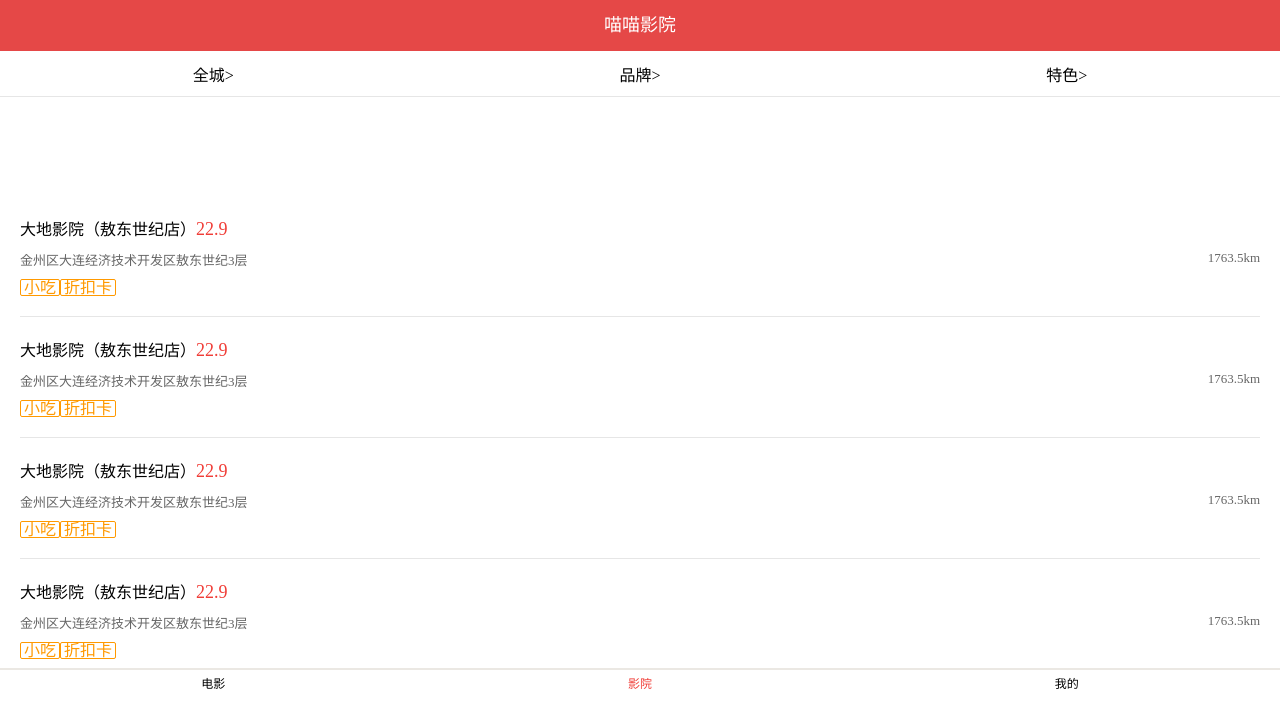
Repository: X-J-0/miaomiao_film
Page: /cinema (app in miaomiao/)
These files come from the project's save history. The page is drawn as it stood at one moment and after the next save; the edit follows.
The browser window is 1280 px wide. The pictures show the whole page.
The project was rebuilt for these pictures with package versions that can differ from the ones it lists, and the page was loaded fresh each time. Also part of the build but not shown: miaomiao/src/components/Allocate/index.vue. Imported but missing from the stored project, and not drawn on this page: miaomiao/src/components/Brand, miaomiao/src/components/Special.

Above is the page before, as saved 2020-03-24 20:00:27.

### miaomiao/public/index.html
<!DOCTYPE html>
<html lang="en">
  <head>
    <meta charset="utf-8">
    <meta http-equiv="X-UA-Compatible" content="IE=edge">
    <meta name="viewport" content="width=device-width,initial-scale=1.0,user-scalable=no">
    <link rel="icon" href="<%= BASE_URL %>favicon.ico">
    <link rel="stylesheet" href="<%= BASE_URL %>css/common.css">
    <!-- <link rel="stylesheet" href="<%= BASE_URL %>css/common.css"> -->
    <title><%= htmlWebpackPlugin.options.title %></title>
  </head>
  <body>
    <noscript>
      <strong>We're sorry but <%= htmlWebpackPlugin.options.title %> doesn't work properly without JavaScript enabled. Please enable it to continue.</strong>
    </noscript>
    <div id="app"></div>
    <!-- built files will be auto injected -->
  </body>
</html>

### miaomiao/src/App.vue
<template>
    <keep-alive>
        <router-view/>
    </keep-alive>
</template>

<style lang="scss">
</style>

### miaomiao/src/router/index.js
import Vue from 'vue'
import VueRouter from 'vue-router'
import movieRouter from './movie'
import mineRouter from './mine'
import cinemaRouter from './cinema'

Vue.use(VueRouter)


const router = new VueRouter({
  mode: 'history',
  base: process.env.BASE_URL,
  routes: [
    movieRouter,
    mineRouter,
    cinemaRouter,
    {
      path:'/*',
      redirect:'/movie'
    }
  ]
})

export default router

### miaomiao/src/router/movie/index.js
export default {
    path:'/movie',
    component : () => import('@/views/Movie'),
    children:[
        {
            path:'city',
            component:()=>import('@/components/City')
        },
        {
            path:'nowPlaying',
            component:()=>import('@/components/NowPlaying')
        },
        {
            path:'comingSoon',
            component:()=>import('@/components/ComingSoon')
        },
        {
            path:'search',
            component:()=>import('@/components/Search')
        },
        {
            path:'/movie',
            redirect:'/movie/nowPlaying'
        }
    ]
}

### miaomiao/src/router/mine/index.js
export default {
    path:'/mine',
    component : () => import('@/views/Mine'),
    children:[
        {
            path:'center',
            component:()=>import('@/views/Mine/center.vue')
        },
        {
            path:'login',
            component:()=>import('@/components/Login')
        },
        {
            path:'register',
            component:()=>import('@/components/Register')
        },
        {
            path:'findPassword',
            component:()=>import('@/components/FindPassword')
        },
        {
            path:'/mine',
            redirect:'center'
        }
    ]
}

### miaomiao/src/router/cinema/index.js
export default {
    path:'/cinema',
    component : () => import('@/views/Cinema'),
    children:[
        {
            path:'allocate',
            component:()=>import('@/components/Allocate')
        },
        {
            path:'brand',
            component:()=>import('@/components/Brand')
        },
        {
            path:'special',
            component:()=>import('@/components/Special')
        },
        {
            path:'/cinema',
            redirect:'/cinema/allocate'
        }
    ]
}

### miaomiao/src/views/Cinema/index.vue
<template>
    <div id="main">
        <Header title="喵喵影院" />
        <div id="content">
          <div class="cinema_menu">
            <div class="city_switch">
              全城>
            </div>
            <div class="brand_switch">
              品牌>
            </div>
            <div class="feature_switch">
              特色>
            </div>
          </div>
        </div>
        <Clist/>
        <TabBar />
    </div>
</template>

<script>

import Header from '@/components/Header';
import TabBar from '@/components/TabBar';
import Clist from '@/components/Clist';
export default {
  name:'Cinema',
    components : {
    Header,
    TabBar,
    Clist
  },
  data(){
   return {

   }
  }
}
</script>

<style scoped>
#content .cinema_menu{width:100%;height:45px;border-bottom:1px solid #e6e6e6;display:flex;justify-content:space-around;align-items: center;background-color: #fff; ;}
</style>

### miaomiao/src/components/Header/index.vue
<template>
    <header id="header">
        <h1>{{title}}</h1>
    </header>
</template>

<script>
export default {
  name:'Header',
  props:{
      title:{
          type:String,
          default:'喵喵电影'
      }
  }
}
</script>

<style scoped>
#header{width:100%;height:50px;color:#fff;background-color: #e54847;border-bottom:1px solid #e54847;position: relative;}
#header h1{font-size:18px;text-align: center;line-height: 50px; font-weight: normal;}
#header i{position:absolute;left:5px;top:50%;margin-top:-13px;font-size:26px;}
</style>

### miaomiao/src/components/TabBar/index.vue
<template>
    <footer id="footer">
        <ul>
            <router-link tag="li" to="/movie">
                <!-- <i class="iconfont icon-dianying"></i> -->
                <p>电影</p>
            </router-link>
            <router-link tag="li" to="/cinema">
                <!-- <i class="iconfont icon-yingyuan"></i> -->
                <p>影院</p>
            </router-link>
            <router-link tag="li" to="/mine">
                <!-- <i class="iconfont icon-dianying"></i> -->
                <p>我的</p>
            </router-link>
        </ul>
    </footer>
</template>

<script>
export default {
  name:'Footer',
  data(){
   return {

   }
  }
}
</script>

<style scoped>
#footer{width:100%; height:50px;background-color: #fff;border-top:2px #ebe8e3 solid;position:fixed;left:0;bottom:0;}
#footer ul{display:flex;text-align: center;height:50px;align-items:center;}
#footer ul li{flex:1;height:40px;}
#footer ul li.active{color:#f03d37;}
#footer ul li.router-link-active{color:#f03d37;}
#footer ul i{font-size:20px;}
#footer ul p{font-size:12px;line-height:18px;}
</style>

### miaomiao/src/components/Clist/index.vue
<template>
<div class="cinema_body">
    <ul>
        <li>
            <div>
                <span>大地影院（敖东世纪店）</span>
                <span class="q"><span class="price">22.9</span></span>
            </div>
            <div class="address">
                <span>金州区大连经济技术开发区敖东世纪3层</span>
                <span>1763.5km</span>
            </div>
            <div class="card">
                <div>小吃</div>
                <div>折扣卡</div>
            </div>
        </li>
        <li>
            <div>
                <span>大地影院（敖东世纪店）</span>
                <span class="q"><span class="price">22.9</span></span>
            </div>
            <div class="address">
                <span>金州区大连经济技术开发区敖东世纪3层</span>
                <span>1763.5km</span>
            </div>
            <div class="card">
                <div>小吃</div>
                <div>折扣卡</div>
            </div>
        </li>
        <li>
            <div>
                <span>大地影院（敖东世纪店）</span>
                <span class="q"><span class="price">22.9</span></span>
            </div>
            <div class="address">
                <span>金州区大连经济技术开发区敖东世纪3层</span>
                <span>1763.5km</span>
            </div>
            <div class="card">
                <div>小吃</div>
                <div>折扣卡</div>
            </div>
        </li>
        <li>
            <div>
                <span>大地影院（敖东世纪店）</span>
                <span class="q"><span class="price">22.9</span></span>
            </div>
            <div class="address">
                <span>金州区大连经济技术开发区敖东世纪3层</span>
                <span>1763.5km</span>
            </div>
            <div class="card">
                <div>小吃</div>
                <div>折扣卡</div>
            </div>
        </li>
        <!-- <li>
            <div>
                <span>大地影院（敖东世纪店）</span>
                <span class="q"><span class="price">22.9</span></span>
            </div>
            <div class="address">
                <span>金州区大连经济技术开发区敖东世纪3层</span>
                <span>1763.5km</span>
            </div>
            <div class="card">
                <div>小吃</div>
                <div>折扣卡</div>
            </div>
        </li> -->
    </ul>
</div>
</template>

<script>
export default {
  name:'Clist',
  data(){
   return {

   }
  }
}
</script>

<style scoped>
#content .cinema_body{flex:1;overflow:auto;}
.cinema_body ul{padding:20px;}
.cinema_body li{border-bottom:1px solid #e6e6e6;margin-bottom:20px;}
.cinema_body div{margin-bottom:10px;}
.cinema_body .q{font-size:11px;color:#f03d37;}
.cinema_body .price{font-size:18px;}
.cinema_body .address{font-size:13px;color:#666;}
.cinema_body .address span:nth-of-type(2){float:right;}
.cinema_body .card{display:flex;}
.cinema_body .card div{padding:0 3px;height:15px;line-height: 15px;border-radius: 2px;color:#f90;border:1px solid #f90;}
.cinema_body .card div.or{color:#f90;border:1px solid #f90;}
.cinema_body .card div.bl{color:#589daf;border:1px solid #589daf;}
</style>

### miaomiao/public/css/common.css
*{ margin : 0; padding : 0;}
ul,li{ list-style: none}
img{ display: block}
html, body{ height:100%}
.clearfix:after{ content:""; display:block; clear:both}
#main{ height: 100%; display: flex; flex-direction: column;}
#content{ flex:1; overflow:auto; margin-bottom: 50px;position: relative;display: flex;flex-direction: column;}

Loaded but not shown: miaomiao/src/main.js (common file); miaomiao/src/store/index.js (common file)

After the next save:
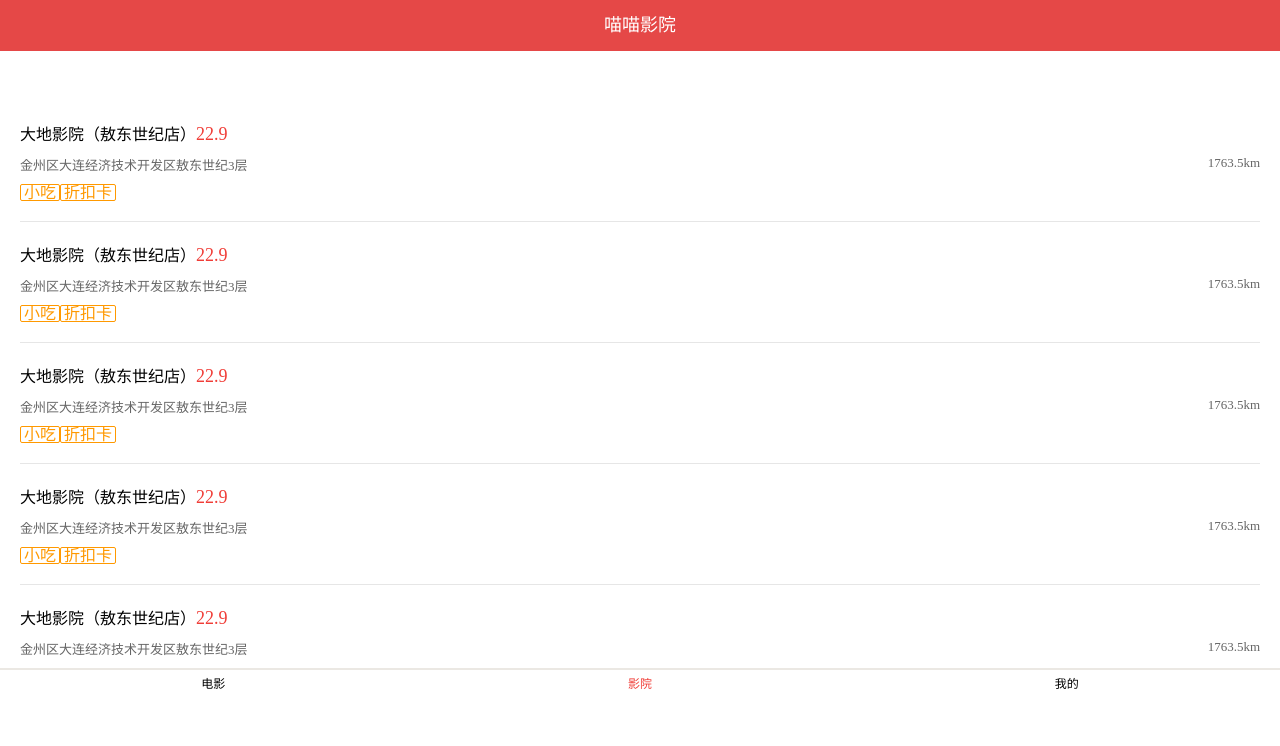
Saved 87 s later.
--- a/miaomiao/src/components/Clist/index.vue
+++ b/miaomiao/src/components/Clist/index.vue
@@ -57,7 +57,7 @@
                 <div>折扣卡</div>
             </div>
         </li>
-        <!-- <li>
+        <li>
             <div>
                 <span>大地影院（敖东世纪店）</span>
                 <span class="q"><span class="price">22.9</span></span>
@@ -70,7 +70,7 @@
                 <div>小吃</div>
                 <div>折扣卡</div>
             </div>
-        </li> -->
+        </li>
     </ul>
 </div>
 </template>

After the save that followed:
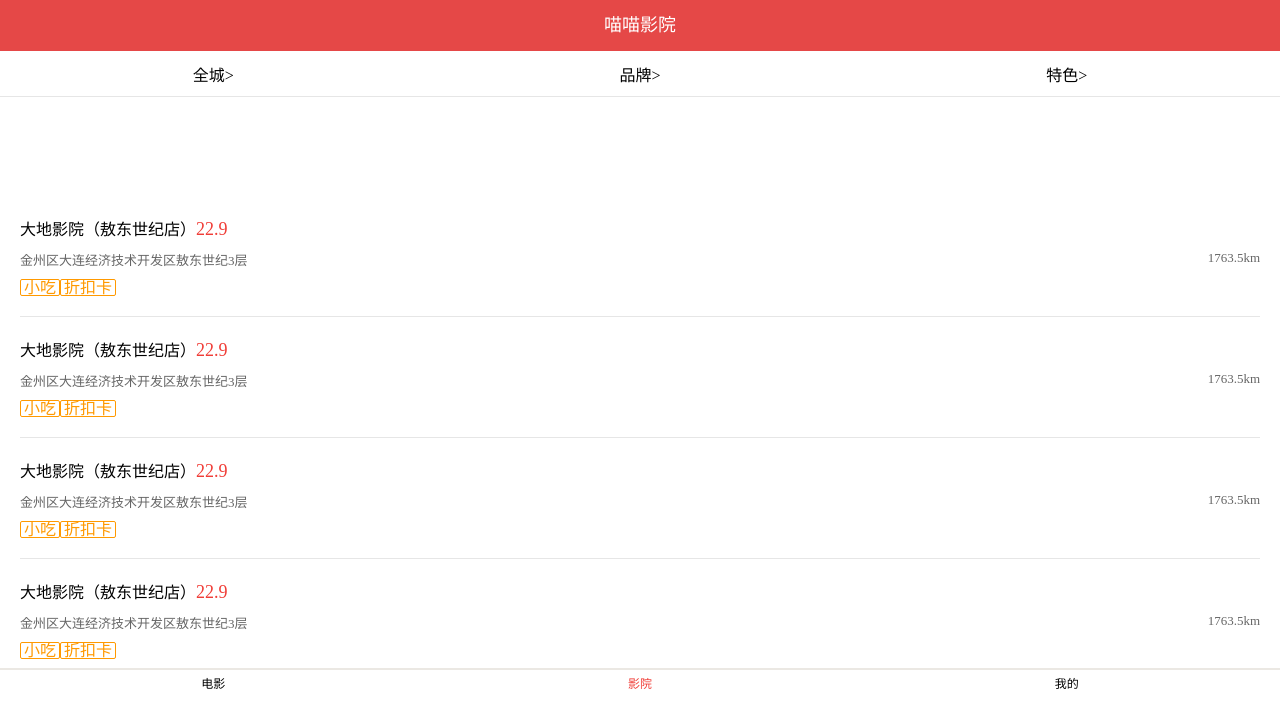
Saved 11 s later.
--- a/miaomiao/src/components/Clist/index.vue
+++ b/miaomiao/src/components/Clist/index.vue
@@ -1,20 +1,6 @@
 <template>
 <div class="cinema_body">
     <ul>
-        <li>
-            <div>
-                <span>大地影院（敖东世纪店）</span>
-                <span class="q"><span class="price">22.9</span></span>
-            </div>
-            <div class="address">
-                <span>金州区大连经济技术开发区敖东世纪3层</span>
-                <span>1763.5km</span>
-            </div>
-            <div class="card">
-                <div>小吃</div>
-                <div>折扣卡</div>
-            </div>
-        </li>
         <li>
             <div>
                 <span>大地影院（敖东世纪店）</span>
